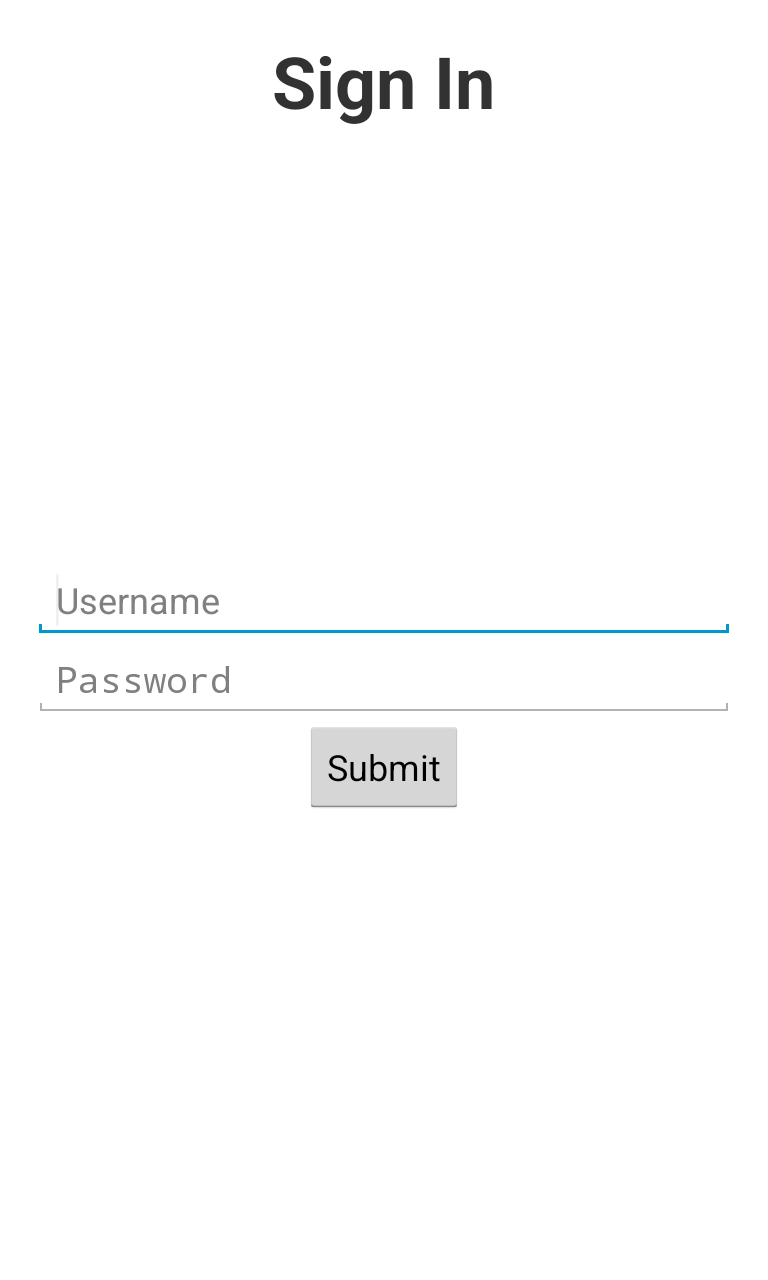
Repository: PotatoBiscuit/Thirstbuster
Layout: MobApp/workspace/DrinkAndGo/res/layout/activity_sign_in.xml
These files come from the project's save history. The layout is drawn as it stood at one moment and after the next save; the edit follows.
It is drawn on a 768 x 1280 px phone screen (xhdpi) without system bars, with theme AppTheme; the app's code is not run.

Above is the layout before, as saved 2016-04-11 20:32:40.

### MobApp/workspace/DrinkAndGo/res/layout/activity_sign_in.xml
<LinearLayout xmlns:android="http://schemas.android.com/apk/res/android"
    xmlns:tools="http://schemas.android.com/tools"
    android:layout_width="match_parent"
    android:layout_height="match_parent"
    android:gravity="center_horizontal"
    android:orientation="vertical"
    android:paddingBottom="@dimen/activity_vertical_margin"
    android:paddingLeft="@dimen/activity_horizontal_margin"
    android:paddingRight="@dimen/activity_horizontal_margin"
    android:paddingTop="@dimen/activity_vertical_margin"
    tools:context="com.CS477.drinkandgo.activies.SignInActivity" >

    <TextView
        android:layout_width="wrap_content"
        android:layout_height="wrap_content"
        android:text="@string/sign_in"
        android:textSize="@dimen/title_size"
        android:textStyle="bold" />

    <LinearLayout
        android:layout_width="match_parent"
        android:layout_height="match_parent"
        android:gravity="center"
        android:orientation="vertical" >

        <EditText
            android:id="@+id/username_view"
            android:layout_width="match_parent"
            android:layout_height="wrap_content"
            android:ems="10"
            android:hint="@string/username"
            android:inputType="textEmailAddress" >

            <requestFocus />
        </EditText>

        <EditText
            android:id="@+id/password_view"
            android:layout_width="match_parent"
            android:layout_height="wrap_content"
            android:ems="10"
            android:hint="@string/password"
            android:inputType="textPassword" />

        <Button
            android:id="@+id/submit_view"
            android:layout_width="wrap_content"
            android:layout_height="wrap_content"
            android:layout_gravity="center_horizontal"
            android:text="@string/submit"
            android:onClick="performSignIn" />

    </LinearLayout>

</LinearLayout>

### MobApp/workspace/DrinkAndGo/res/values/dimens.xml
<resources>

    <!-- Default screen margins, per the Android Design guidelines. -->
    <dimen name="activity_horizontal_margin">16dp</dimen>
    <dimen name="activity_vertical_margin">16dp</dimen>
    <dimen name="title_size">72px</dimen>
    <dimen name="button_margin">10dp</dimen>
    <dimen name="title_margin">50dp</dimen>

</resources>

### MobApp/workspace/DrinkAndGo/res/values/strings.xml
<?xml version="1.0" encoding="utf-8"?>
<resources>

    <string name="app_name">DrinkAndGo</string>
    <string name="sign_in">Sign In</string>
    <string name="sign_up">Sign Up</string>
    <string name="title_activity_sign_in">SignInActivity</string>
    <string name="hello_world">Hello world!</string>
    <string name="action_settings">Settings</string>
    <string name="title_activity_sign_up">SignUpActivity</string>
    <string name="username">Username</string>
    <string name="password">Password</string>
    <string name="submit">Submit</string>
    <string name="title_activity_venue_search">VenueSearchActivity</string>
    <string name="name">Name</string>
    <string name="email">Email</string>
    <string name="confirm_password">Re-enter Password</string>
    <string name="card_number">Credit Card Number</string>
    <string name="password_error">Passwords do not match!</string>
    <string name="input_error">All fields must be filled!</string>
    <string name="search_venue">Search Venue</string>
    <string name="search">Search</string>
    <string name="select">Select</string>
    <string name="title_activity_menu">MenuActivity</string>
    <string name="back">Back</string>

</resources>

Loaded but not shown: MobApp/workspace/DrinkAndGo/res/values/styles.xml (common file); MobApp/workspace/DrinkAndGo/res/values-v11/styles.xml (common file); MobApp/workspace/DrinkAndGo/res/values-v14/styles.xml (common file); MobApp/workspace/DrinkAndGo/res/values-w820dp/dimens.xml (common file)

After the next save:
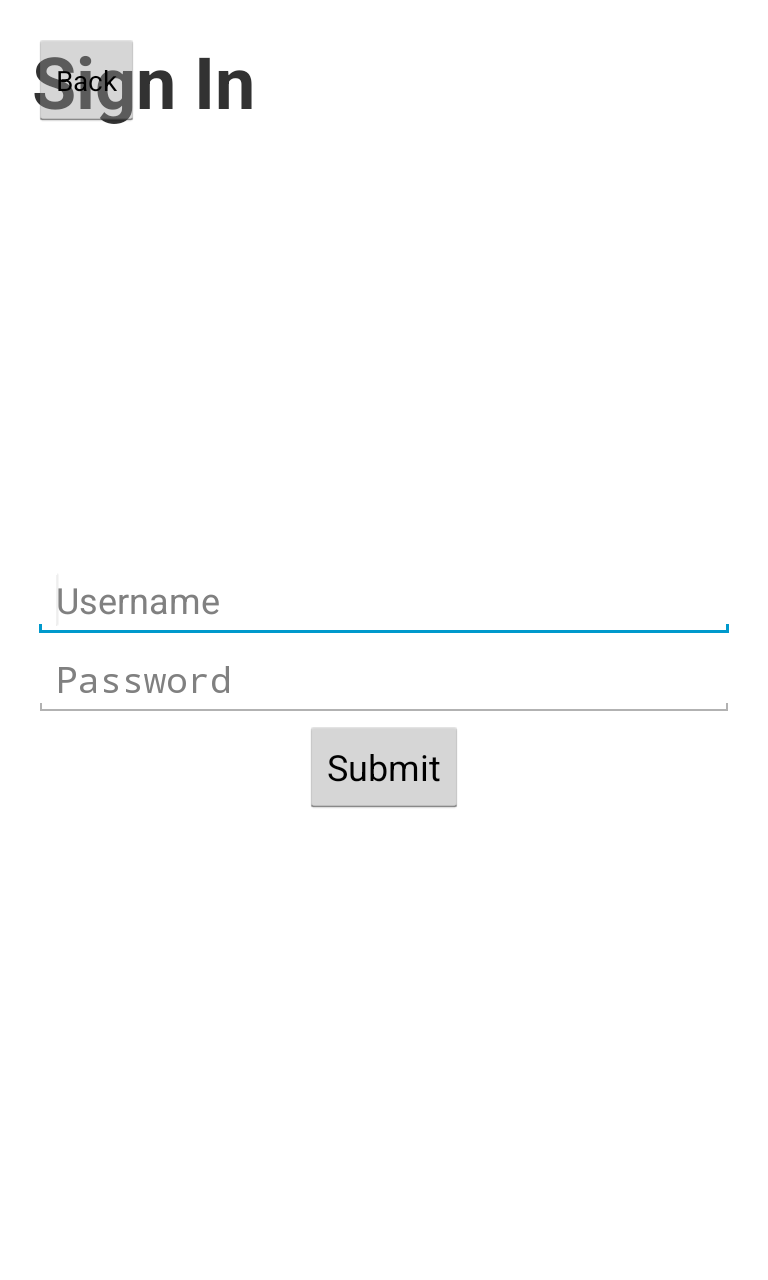
Saved 3 s later.
--- a/MobApp/workspace/DrinkAndGo/res/layout/activity_sign_in.xml
+++ b/MobApp/workspace/DrinkAndGo/res/layout/activity_sign_in.xml
@@ -10,12 +10,25 @@
     android:paddingTop="@dimen/activity_vertical_margin"
     tools:context="com.CS477.drinkandgo.activies.SignInActivity" >
 
-    <TextView
-        android:layout_width="wrap_content"
-        android:layout_height="wrap_content"
-        android:text="@string/sign_in"
-        android:textSize="@dimen/title_size"
-        android:textStyle="bold" />
+    <RelativeLayout
+        android:layout_width="match_parent"
+        android:layout_height="wrap_content" >
+
+        <TextView
+            android:layout_width="wrap_content"
+            android:layout_height="wrap_content"
+            android:text="@string/sign_in"
+            android:textSize="@dimen/title_size"
+            android:textStyle="bold" />
+
+        <Button
+            android:id="@+id/backButton"
+            style="?android:attr/buttonStyleSmall"
+            android:layout_width="wrap_content"
+            android:layout_height="wrap_content"
+            android:text="@string/back" />
+
+    </RelativeLayout>
 
     <LinearLayout
         android:layout_width="match_parent"
